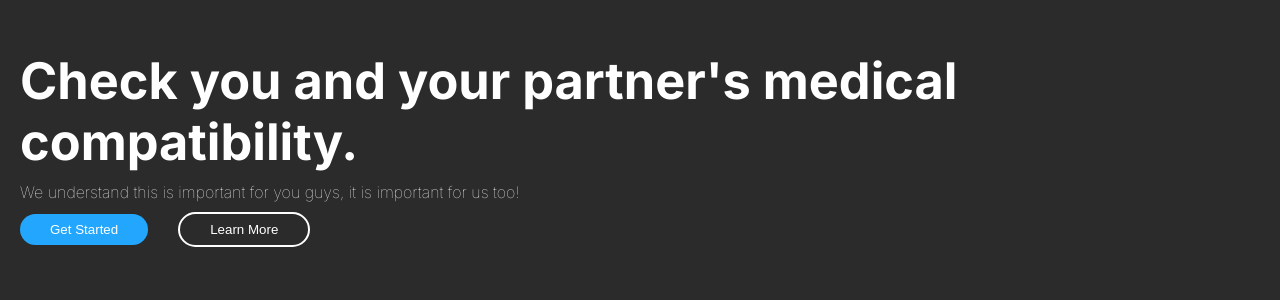
Repository: devhabeeblateef/tictactoe
Page: /
An editor plug-in stored every save of this project. The page is shown before and after the next save, followed by the edit.
The browser window is 1280 px wide. The pictures show the whole page.
The project was rebuilt for these pictures with package versions that can differ from the ones it lists, and the page was loaded fresh each time. Also part of the build but not shown: src/App.css.

Above is the page before, as saved 2022-06-17 00:42:00.

### src/App.js
import logo from './logo.svg';
import './App.css';
import Home from './Home';

function App() {
  return (
    <div>
      <Home/>
    </div>
  );
}

export default App;

### src/Home.js
import React from 'react'
import classes from './Home.module.css'

function Home() {
  return (
    <div className={classes.home}>
    <h1 className={classes.home__header}>
        Check you and your partner's medical compatibility.
    </h1>
    <p className={classes.home__info}>
        We understand this is important for you guys, it
        is important for us too!
    </p>
    <div className={classes.button}>
        <button className={classes.button__one}><a href="index2.html">Get Started</a></button>
        <button className={classes.button__two}>
        Learn More</button>
    </div>
    </div>
  )
}

export default Home

### src/Home.module.css
@import url('https://fonts.googleapis.com/css2?family=Inter:wght@100;200;300;400;500;600;700;800;900&display=swap');

body
{
    background-color: #2b2b2b;
    color: #fff;
}

.home__header
{
    margin:50px 20px;
    font-size: 5ch;
    font-family: 'Inter', sans-serif;
    font-weight: bold;
}

.home__info
{
    font-family: 'Inter', sans-serif;
    font-weight: 100;
    margin: -40px 20px;
}

img
{
    width: 350px;
}

.button
{
    margin: 50px 20px;
}


.button__one
{
    background-color: #23A6FD;
    border-radius: 60px;
    border: none;
    padding:8px 30px;
    color: white;
    margin-right: 20px;
    font-family: 'Montserrat', sans-serif;
    cursor: pointer;
}

.button__two
{
    margin-left: 10px;
    background-color: transparent;
    border-radius: 60px;
    padding: 8px 30px;
    border: 2px solid #fff;
    color: white;
    font-family: 'Montserrat', sans-serif;
    cursor: pointer;
}

@media (max-width:400px){
.button__two
{
    margin: 20px 0;
    border-radius: 60px;

}
}

a
{
    color: #fff;
    text-decoration: none;
}

a:hover
{
    color: white;
}

Loaded but not shown: src/index.js (common file); src/index.css (common file); src/reportWebVitals.js (common file)

After the next save:
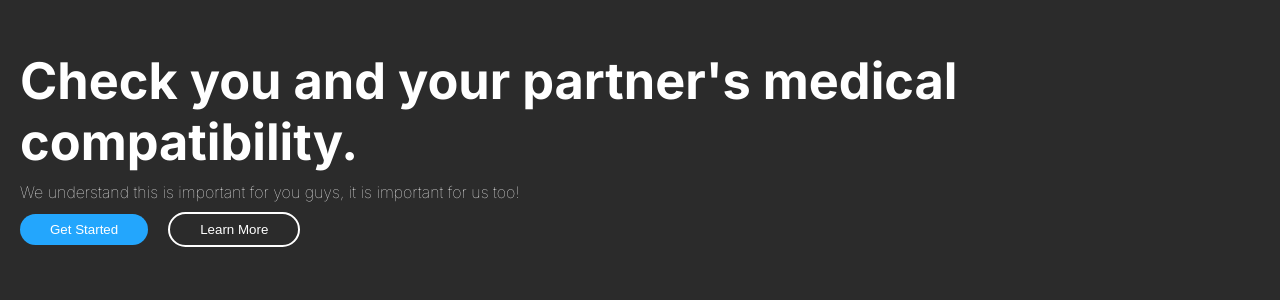
Saved 5 s later.
--- a/src/Home.module.css
+++ b/src/Home.module.css
@@ -39,7 +39,7 @@ img
     border: none;
     padding:8px 30px;
     color: white;
-    margin-right: 20px;
+    margin-right: 10px;
     font-family: 'Montserrat', sans-serif;
     cursor: pointer;
 }
